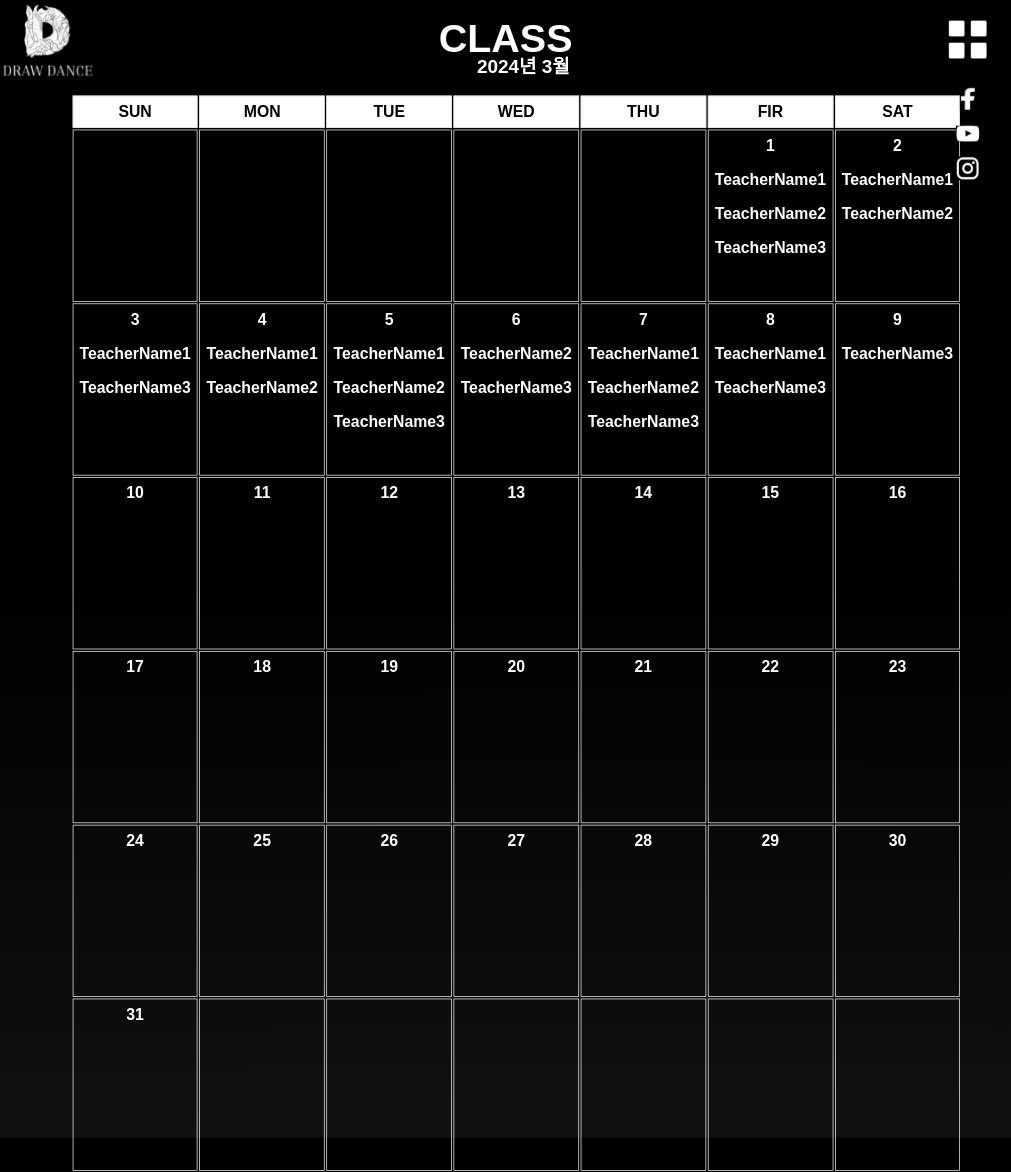
Repository: seonghun9906/semiProject
Page: http://localhost/drawAcademy/WEB-INF/views/Class/classpage.jsp
An editor plug-in stored every save of this project. The page is shown before and after the next save, followed by the edit.
The browser window is 1280 px wide. The pictures show the whole page, at 79% of full size.
The page is served by Tomcat 9. Nobody is signed in. Other server files are loaded and not shown. The template is opened directly, without the code that normally fills it, so the values that code supplies are empty.

Above is the page before, as saved 2024-02-28 02:42:00.

### drawAcademy/src/main/webapp/WEB-INF/views/Class/classpage.jsp
<%@ page language="java" contentType="text/html; charset=UTF-8"
   pageEncoding="UTF-8"%>
<%@ taglib uri="http://java.sun.com/jsp/jstl/core" prefix="c"%>
<!DOCTYPE html>
<html>
<head>
<meta charset="UTF-8">
<title>수강신청 사이트</title>
<link rel="stylesheet" href="resources/css/classpage.css">
<script src="https://code.jquery.com/jquery-3.7.1.min.js"
   integrity="sha256-/JqT3SQfawRcv/BIHPThkBvs0OEvtFFmqPF/lYI/Cxo="
   crossorigin="anonymous"></script>

</head>
<body>
   <div class="bodyMain">
      <div class="title">
         CLASS
      </div>
     <!--   <div class="middle-part">
         <p>DRAW DANCE에서</p>
         <p>같이 춤을 그려갈 강사진을 선택하세요.</p>
      </div>
      -->
      <div class="headerMenu">
         <button class="Home-btn" onclick="location.href='./'">
            <img src="resources/images/lg.png" class="logo">
         </button>
      </div>
      <div id="menu-container">
         <img src="resources/images/menu.png" id="menuButton">
         <div id="rectangle">
            <br> <br>
            <button class="Home-btn" onclick="location.href='./'">
               <p>HOME</p>
            </button>
            <br> <br> <br>
            <button class="ABOUT-btn" onclick="location.href='./about'">
               <p>ABOUT</p>
            </button>
            <br> <br> <br>
            <button class="INSTRUCTORS-btn"
               onclick="location.href='./instructors'">
               <p>INSTRUCTORS</p>
            </button>
            <br> <br> <br>
            <button class="CLASS-btn" onclick="location.href='./classpage'">
               <p>CLASS</p>
            </button>
             <br> <br> <br>
              <button class="CONTACT-btn" onclick="location.href='./qboard'">
               <p>FAQ</p>
            </button>
            <br> <br> <br> <br> <br> <br> <br>
            <div class="smallWord">
               <button id="loginBtn" class="LOGIN-btn"
                  onclick="location.href='./login'">
                  <small>LOGIN</small>
               </button>
               <form id="logoutForm" action="logout" method="get">
                  <button class="LOGIN-btn" onclick="location.href='./'">
                     <small>LOGOUT</small>
                  </button>
               </form>
               <button id="signupBtn" class="SIGNUP-btn"
                  onclick="location.href='./signUp'">
                  <small>SIGN UP</small>
               </button>
               <button id="myPage" class="MYPAGE-btn"
                  onclick="location.href='./mypage'">
                  <small>MY PAGE</small>
               </button>
            </div>
            <br> <br>
            <div id="icon-container2">
               <a href="https://www.facebook.com"> <img
                  src="resources/images/facebookIcon.png" class="facebook">
               </a> <a href="https://www.youtube.com"> <img
                  src="resources/images/youtubeIcon.png" class="youtube">
               </a> <a href="https://www.instagram.com"> <img
                  src="resources/images/instagramIcon.png" class="instagram">
               </a>
            </div>
         </div>
      </div>
      <div id="icon-container">
         <a href="https://www.facebook.com"> <img
            src="resources/images/facebookIcon.png" class="facebook">
         </a> <a href="https://www.youtube.com"> <img
            src="resources/images/youtubeIcon.png" class="youtube">
         </a> <a href="https://www.instagram.com"> <img
            src="resources/images/instagramIcon.png" class="instagram">
         </a>
      </div>
     <!--  <div class="instructor-container">
         <div class="instructor1">
            <a href="class1"> <img src="resources/images/강사 프로필 사진.PNG"
               alt="강사1">
            </a>
         </div>
         <div class="instructor2">
            <a href="class2"> <img src="resources/images/강사 프로필 사진.PNG"
               alt="강사2">
            </a>
         </div>
         <div class="instructor3">
            <a href="class3"> <img src="resources/images/강사 프로필 사진.PNG"
               alt="강사3">
            </a>
         </div>
      </div>
       -->


   <div class = cal>
	<h2>2024년 3월</h2>
	<table>
    	<thead>
        <tr>
            <th>SUN</th>
            <th>MON</th>
            <th>TUE</th>
            <th>WED</th>
            <th>THU</th>
            <th>FIR</th>
            <th>SAT</th>
        </tr>
    </thead>
    <tbody>
        <tr>
            <td></td>
            <td></td>
            <td></td>
            <td></td>
            <td></td>
            <td>1
            <p><a href="class1" class="Testclass">TeacherName1</a></p>
            <p><a href="class2" class="Testclass">TeacherName2</a></p>
            <p><a href="class3" class="Testclass">TeacherName3</a></p>
            </td>
            <td>2
             <p><a href="class1" class="Testclass">TeacherName1</a></p>
            <p><a href="class2" class="Testclass">TeacherName2</a></p>
            </td>
        </tr>
        <tr>
            <td>3
              <p><a href="class1" class="Testclass">TeacherName1</a></p>

            <p><a href="class3" class="Testclass">TeacherName3</a></p></td>
            <td>4
              <p><a href="class1" class="Testclass">TeacherName1</a></p>
            <p><a href="class2" class="Testclass">TeacherName2</a></p>

            <td>5
              <p><a href="class1" class="Testclass">TeacherName1</a></p>
            <p><a href="class2" class="Testclass">TeacherName2</a></p>
            <p><a href="class3" class="Testclass">TeacherName3</a></p></td>
            <td>6

            <p><a href="class2" class="Testclass">TeacherName2</a></p>
            <p><a href="class3" class="Testclass">TeacherName3</a></p></td>
            <td>7
              <p><a href="class1" class="Testclass">TeacherName1</a></p>
            <p><a href="class2" class="Testclass">TeacherName2</a></p>
            <p><a href="class3" class="Testclass">TeacherName3</a></p></td>
            <td>8
              <p><a href="class1" class="Testclass">TeacherName1</a></p>

            <p><a href="class3" class="Testclass">TeacherName3</a></p></td>
            <td>9

            <p><a href="class3" class="Testclass">TeacherName3</a></p></td>
        </tr>
        <tr>
            <td>10</td>
            <td>11</td>
            <td>12</td>
            <td>13</td>
            <td>14</td>
            <td>15</td>
            <td>16</td>
        </tr>
        <tr>
            <td>17</td>
            <td>18</td>
            <td>19</td>
            <td>20</td>
            <td>21</td>
            <td>22</td>
            <td>23</td>
        </tr>
        <tr>
            <td>24</td>
            <td>25</td>
            <td>26</td>
            <td>27</td>
            <td>28</td>
            <td>29</td>
            <td>30</td>
        </tr>
        <tr>
            <td>31</td>
            <td></td>
            <td></td>
            <td></td>
            <td></td>
            <td></td>
            <td></td>
        </tr>
    </tbody>
</table>
</div>

</div><!-- bodymain -->


</body>
<script>
   var rectangle = document.getElementById('rectangle');
   var menuButton = document.getElementById('menuButton');
   var iconContainer = document.getElementById('icon-container');
   var isRectangleVisible = false; // rectangle의 초기 상태를 정의 - 첫 메뉴 클릭 때 실행되지 않는 현상 해결

   menuButton.addEventListener('click', function() {
      if (!isRectangleVisible) {
         rectangle.style.display = 'block';
         iconContainer.style.display = 'none'; //메뉴 창이 나오면서 iconcontainer 사라지기
         isRectangleVisible = true; // rectangle이 보이는 상태로 설정
      } else {
         rectangle.style.display = 'none';
         iconContainer.style.display = 'flex';
         isRectangleVisible = false; // rectangle이 숨겨진 상태로 설정
      }
   });
</script>
<script>

document.addEventListener("DOMContentLoaded", function() {
  var loginBtn = document.getElementById("loginBtn");
  var logoutForm = document.getElementById("logoutForm");
  var signupBtn = document.getElementById("signupBtn");
  var myPageBtn = document.getElementById("myPage");

  var loggedInMember = '<%=session.getAttribute("login")%>';

      console.log("세션에 저장된 값: " + loggedInMember);
      // 여기서 로그인 여부를 확인하고 그에 따라 버튼을 표시하거나 숨깁니다.
      var isLoggedIn = loggedInMember !== 'null' && loggedInMember !== '';

      if (isLoggedIn) {
         loginBtn.style.display = "none";
         logoutForm.style.display = "block";
         signupBtn.style.display = "none";
         myPageBtn.style.display = "block";
      } else {
         loginBtn.style.display = "block";
         logoutForm.style.display = "none";
         signupBtn.style.display = "block";
         myPageBtn.style.display = "none";
      }
   });
</script>
<script>
   console.log("classLimitB 값: ${classLimitB}");
</script>
</html>

### drawAcademy/src/main/webapp/resources/css/classpage.css
html {
   height: 100%;
}

body {
   margin: 0;
   padding: 0;
   font-family: sans-serif;
   background: linear-gradient(#000000, #111111);
}

h2{
	color : white;
	font-weight: bold;
	margin-left : 47.25%;
}
 		.cal {
         table-layout: fixed;
         width: 85%;
         border-collapse: collapse;
         color : white;
         margin-top : 5%;
         margin-left : 7%;
        }


        th, td {
            border: 1px solid #ddd;
            padding: 8px;
            text-align: center;

        }

        th {
            background-color: #ffffff;
            color : black;
            font-weight: bold;
            font-size:20px;
        }

        td {
       		width : 255px;
        	height : 200px;
            cursor: pointer;
            color : white;
            text-align: center;
            vertical-align: top;
            font-size: 20px;
 		font-weight: bold;
        }

        td:hover {
            background-color: white;
            color : black;

        }

          td:hover a {
            background-color: white;
            color : black;

        }

 .Testclass{
 	color: white;
        text-decoration: none;
 	font-size: 20px;
 	font-weight: bold;
 }

.bodyMain {
   position: absolute;
   background-color: #000000;
   top: 0;
   left: 0;
   bottom: 0;
   right: 0;
   width: 100%;
   height: 100%;
}

.title {
   width: 100%; /* 컨테이너의 너비를 화면 전체로 설정 */
   position: absolute; /* 화면 아래에 고정시킵니다. */
   text-align: center; /* 내부 텍스트를 가운데 정렬합니다. */
   padding: 20px; /* 내부 여백 설정 (예시) */
   box-sizing: border-box; /* 패딩이 포함된 전체 너비/높이 계산 */
   color: #ffffff;
   font-size: 50px;
   font-weight: bold;
}

.middle-part {
   width: 100%; /* 컨테이너의 너비를 화면 전체로 설정 */
   position: absolute; /* 화면 아래에 고정시킵니다. */
   text-align: left; /* 내부 텍스트를 가운데 정렬합니다. */
   padding: 20px; /* 내부 여백 설정 (예시) */
   box-sizing: border-box; /* 패딩이 포함된 전체 너비/높이 계산 */
   color: #ffffff;
   font-size: 60px;
   font-weight: bold;
   margin: 5%;
}

.headerMenu .Home-btn {
   position: fixed;
   background: none;
   border: none;
   padding: 0;
   cursor: pointer;
   width: auto; /* 이미지 크기에 맞게 자동으로 조정됨 */
   z-index: 9999;
}

.headerMenu .logo {
   width: 120px; /* 이미지가 버튼 내에서 꽉 차도록 설정 */
   height: auto; /* 이미지의 가로 세로 비율을 유지하면서 버튼에 맞게 조정 */
}

.facebook {
   width: 20px;
   height: 30px;
   z-index: 9999;
}

.youtube {
   width: 30px;
   height: 20px;
   z-index: 9999;
}

.instagram {
   width: 30px;
   height: 30px;
   z-index: 9999;
}

#menu-container {
   position: relative;
   z-index: 9999;
}

#menuButton {
   cursor: pointer;
   position: fixed;
   top: 25px;
   right: 30px; /* 오른쪽으로 이동 */
   display: flex;
   width: 50px;
   height: 50px;
   z-index: 9999;
}

#icon-container {
   position: fixed;
   top: 110px;
   right: 40px;
   display: flex;
   flex-direction: column; /* 세로 방향으로 아이콘을 나열 */
   align-items: center; /* 아이콘을 수직 중앙으로 정렬 */
   gap: 15px; /* 아이콘 사이의 간격 설정 */
   z-index: 9998;
}

#rectangle {
   /* 처음엔 숨겨져 있음 */
   position: fixed;
   top: 110px; /* toggleButton 바로 아래 위치 */
   right: 30px; /* menuButton과 같게 */
   width: 10.5%;
   min-height: 200px;
   color: black;
   background-color: black;
   display: none;
   border: 2px solid white;
   background-color: black;
   z-index: 9999;
}

#rectangle button {
   cursor: pointer;
   background-color: black;
   border: none;
   padding: 0.5em 0.5em; /* 위아래 0.5em, 좌우 1em으로 설정하여 버튼 크기를 내용에 맞게 조정 */
   color: white;
   font-size: 23px;
   gap: 15px;
}

#rectangle p {
   color: white;
   text-align: left;
   font-size: 24px;
   text-decoration: underline; /* 밑줄 */
   margin: 0px;
}

.smallWord {
   color: white;
   margin: 10px;
}

#icon-container2 {
   position: relative;
   right: -30px;
   display: flex;
   margin-bottom: 30px;
   flex-direction: row; /* 가로 방향으로 아이콘을 나열 */
   align-items: center; /* 아이콘을 수직 중앙으로 정렬 */
   gap: 15px; /* 아이콘 사이의 간격 설정 */
   z-index: 9998;
}

.instructor-container {
   width: 100%;
   position: fixed;
   bottom: 0;
   padding: 20px;
   display: flex;
   justify-content: space-around;
   flex-direction: row;
   box-sizing: border-box;
}

.instructor-container img {
   width: 200px;
   height: 200px;
}

After the next save:
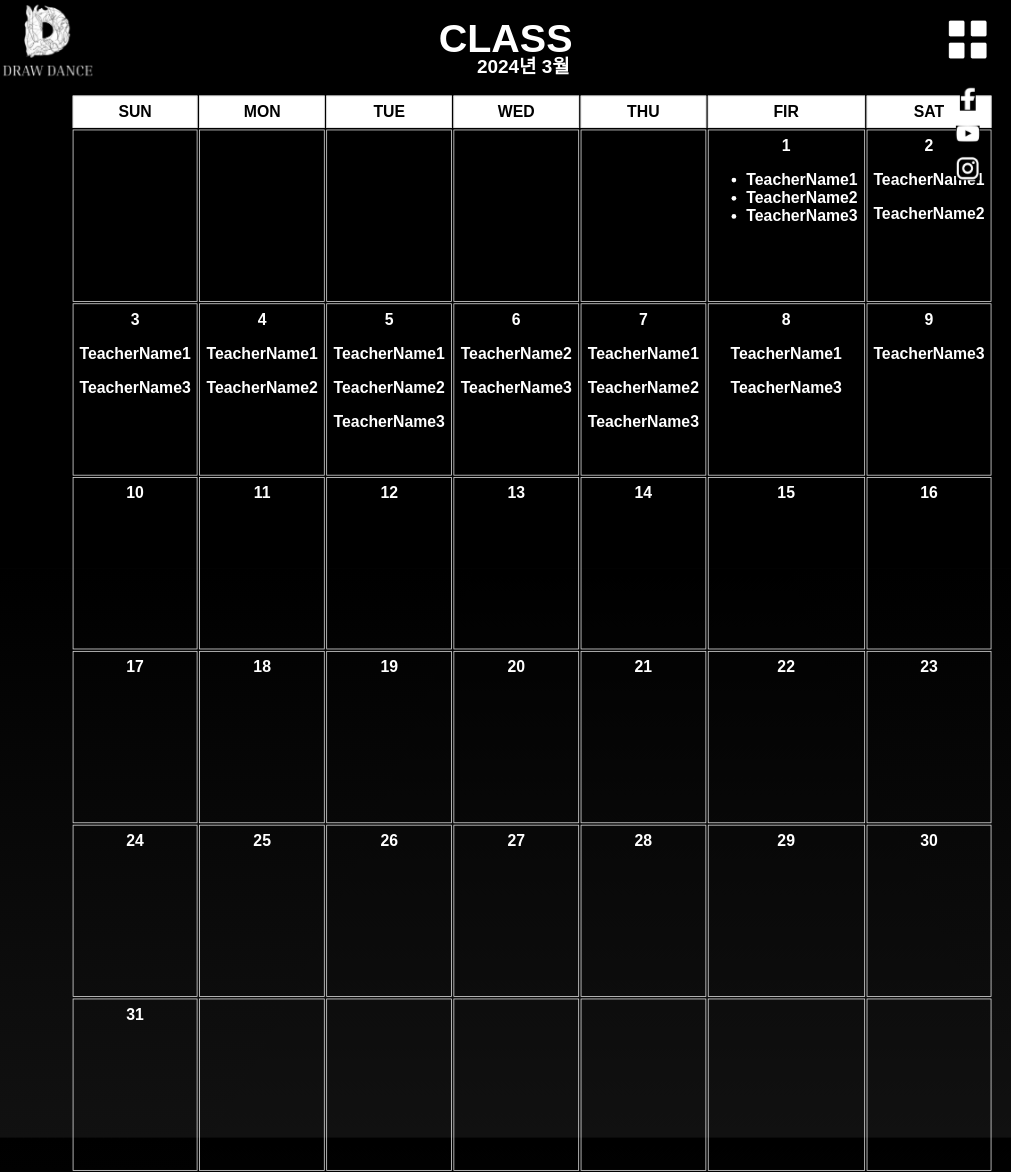
Saved 98 s later.
--- a/drawAcademy/src/main/webapp/WEB-INF/views/Class/classpage.jsp
+++ b/drawAcademy/src/main/webapp/WEB-INF/views/Class/classpage.jsp
@@ -134,9 +134,11 @@
             <td></td>
             <td></td>
             <td>1
-            <p><a href="class1" class="Testclass">TeacherName1</a></p>
-            <p><a href="class2" class="Testclass">TeacherName2</a></p>
-            <p><a href="class3" class="Testclass">TeacherName3</a></p>
+            	<ul>
+            <li><a href="class1" class="Testclass">TeacherName1</a></li>
+            <li><a href="class2" class="Testclass">TeacherName2</a></li>
+            <li><a href="class3" class="Testclass">TeacherName3</a></li>
+            </ul>
             </td>
             <td>2
              <p><a href="class1" class="Testclass">TeacherName1</a></p>
